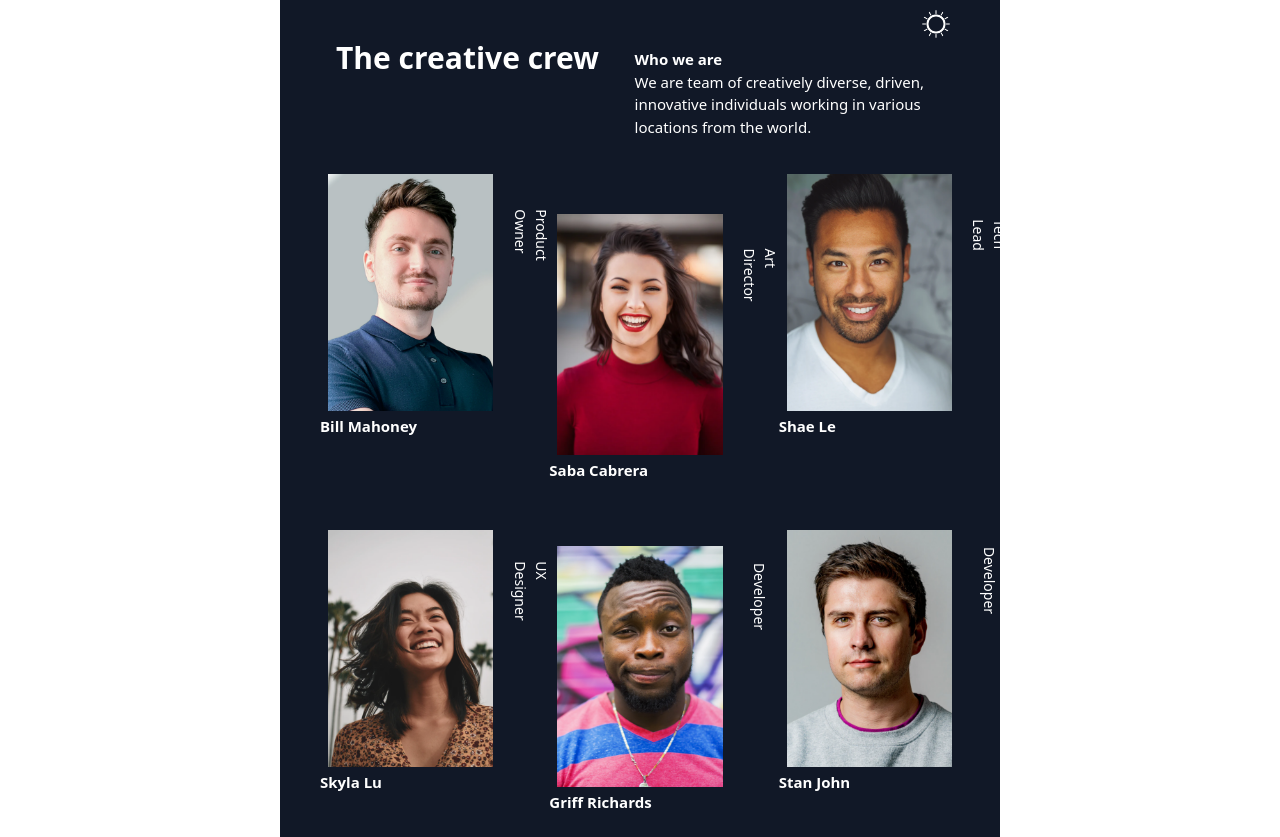
Repository: Alzate1075/Funval-G3-N2
Page: /
The author's editor kept a copy of each file at every save. The page is drawn from the files as they stood at one save, then again after the next save.
The browser window is 1280 px wide. The pictures show the whole page.
The project was rebuilt for these pictures with package versions that can differ from the ones it lists, and the page was loaded fresh each time. Also part of the build but not shown: vite.config.js.

Above is the page before, as saved 2025-07-03 11:34:27.

### index.html
<!DOCTYPE html>
<html lang="en">
  <head>
    <meta charset="UTF-8" />
    <link rel="icon" type="image/svg+xml" href="/vite.svg" />
    <meta name="viewport" content="width=device-width, initial-scale=1.0" />
    <link rel="stylesheet" href="./src/index.css" />
    <title>Vite + React</title>
  </head>
  <body>
    <div id="root"></div>
    <script type="module" src="/src/main.jsx"></script>
  </body>
</html>

### src/App.jsx
import React from "react";
import { TeamCard } from "./components/TeamCard";
import miArray from "./components/ArrayTeams";

function App() {
  return (
    <div className="md:bg-[#111827] p-2 md:mx-70">
      <div className="flex justify-end mr-10">
        <img src="/images/sol.png" alt="sol" className="w-8 hidden md:block" />
      </div>
      <div className="flex justify-end">
        <img src="/images/luna.png" alt="luna" className="w-8 md:hidden" />
      </div>
      <div className="md:text-white text-black text-center md:flex md:justify-between md:mx-12">
        <h1 className="text-3xl font-bold">The creative crew</h1>
        <p className="text-[15px] mt-2 max-w-md md:text-md text-wrap text-left m-5">
          <b>Who we are</b>
          <br />
          We are team of creatively diverse, driven, <br /> innovative
          individuals working in various <br /> locations from the world.
        </p>
      </div>

      <div className="md:bg-[#111827] grid grid-cols-2 md:grid-cols-3 gap-x-4 gap-y-6 p-4">
        {miArray.map((persona, index) => (
          <TeamCard
            key={index}
            name={persona.name}
            role={persona.role}
            image={persona.image}
            extraClass={`${index % 2 === 1 ? "mt-6" : ""} ${
              index % 3 === 1 ? "md:mt-10" : ""
            }`}
          />
        ))}
      </div>
    </div>
  );
}

export default App;

### src/components/TeamCard.jsx
import React from "react";
export function TeamCard(props) {
  return (
    <div className={`${props.extraClass}`}>
      <div className="text-black md:text-white md:flex md:items-center md:justify-center gap-4 relative mx-6">
        <img src={props.image} alt={props.name} className="md:w-[200px] w-25" />
        <span className="absolute rotate-90 text-[10px] top-5 md:top-10 md:text-[14px] md:ml-60 ml-25">
          {props.role}
        </span>
      </div>
      <div className="md:text-white text-center mt-1 md:flex md:justify-star pl-4">
        <h3 className="font-semibold text-[12px] md:text-[15px]">
          {props.name}
        </h3>
      </div>
    </div>
  );
}

### src/components/ArrayTeams.jsx
import React from "react";
const miArray = [
  {
    name: "Bill Mahoney",
    role: "Product Owner",
    image: "/images/photo1.png",
  },
  {
    name: "Saba Cabrera",
    role: "Art Director",
    image: "/images/photo2.png",
  },
  {
    name: "Shae Le",
    role: "Tech Lead",
    image: "/images/photo3.png",
  },
  {
    name: "Skyla Lu",
    role: "UX Designer",
    image: "/images/photo4.png",
  },
  {
    name: "Griff Richards",
    role: "Developer",
    image: "/images/photo5.png",
  },
  {
    name: "Stan John",
    role: "Developer",
    image: "/images/photo6.png",
  },
];

export default miArray;

Loaded but not shown: src/index.css (common file); src/main.jsx (common file)

After the next save:
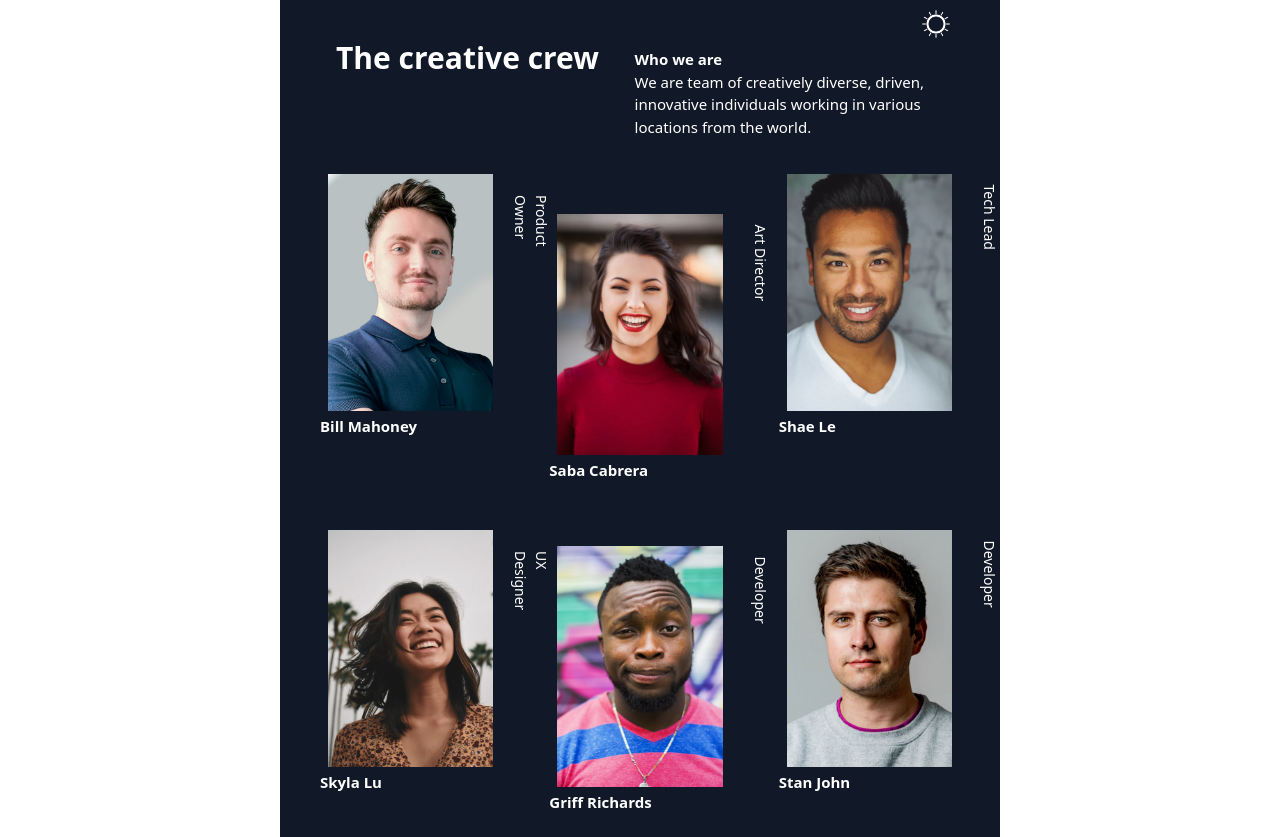
Saved 4 min 15 s later.
--- a/src/components/TeamCard.jsx
+++ b/src/components/TeamCard.jsx
@@ -4,7 +4,7 @@ export function TeamCard(props) {
     <div className={`${props.extraClass}`}>
       <div className="text-black md:text-white md:flex md:items-center md:justify-center gap-4 relative mx-6">
         <img src={props.image} alt={props.name} className="md:w-[200px] w-25" />
-        <span className="absolute rotate-90 text-[10px] top-5 md:top-10 md:text-[14px] md:ml-60 ml-25">
+        <span className="absolute rotate-90 text-[10px] top-5 md:top-10 md:text-[14px] md:ml-60 ml-25 min-w-[80px]">
           {props.role}
         </span>
       </div>
